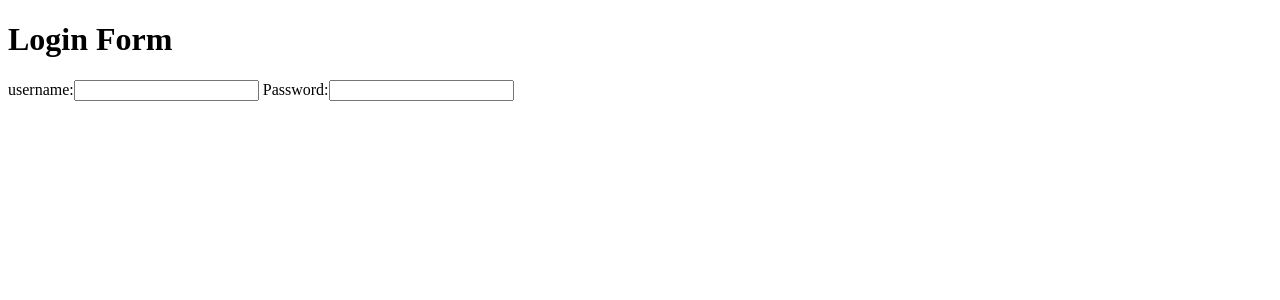
Repository: AbubakarShaik/Java_J2EE_Project
Page: http://localhost/com.testprojectServlet/login.jsp
These files come from the project's save history. The page is drawn as it stood at one moment and after the next save; the edit follows.
The browser window is 1280 px wide. The pictures show the whole page.
The page is served by Tomcat 9. Other server files are loaded and not shown.

Above is the page before, as saved 2016-12-21 10:14:40.

### com.testprojectServlet/WebContent/login.jsp
<%@ page language="java" contentType="text/html; charset=ISO-8859-1"
    pageEncoding="ISO-8859-1"%>
<!DOCTYPE html PUBLIC "-//W3C//DTD HTML 4.01 Transitional//EN" "http://www.w3.org/TR/html4/loose.dtd">
<html>
<head>
<meta http-equiv="Content-Type" content="text/html; charset=ISO-8859-1">
<title>login</title>
</head>
<h1>Login Form</h1>
<body>
<div>

<td>username:<input type="text" name="UserName"></td>
<tr>
</tr>
<td>Password:<input type="text" name="Password"></td>


</div>
</body>
</html>

After the next save:
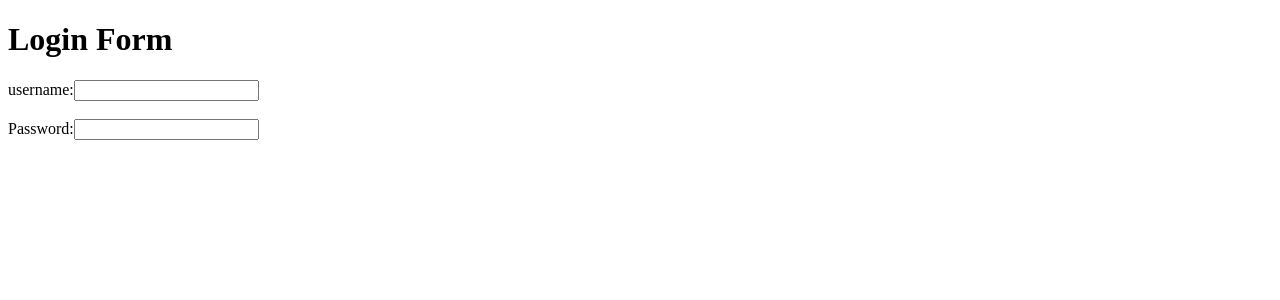
Saved 13 s later.
--- a/com.testprojectServlet/WebContent/login.jsp
+++ b/com.testprojectServlet/WebContent/login.jsp
@@ -11,8 +11,8 @@
 <div>
 
 <td>username:<input type="text" name="UserName"></td>
-<tr>
-</tr>
+<br>
+</br>
 <td>Password:<input type="text" name="Password"></td>
 
 
